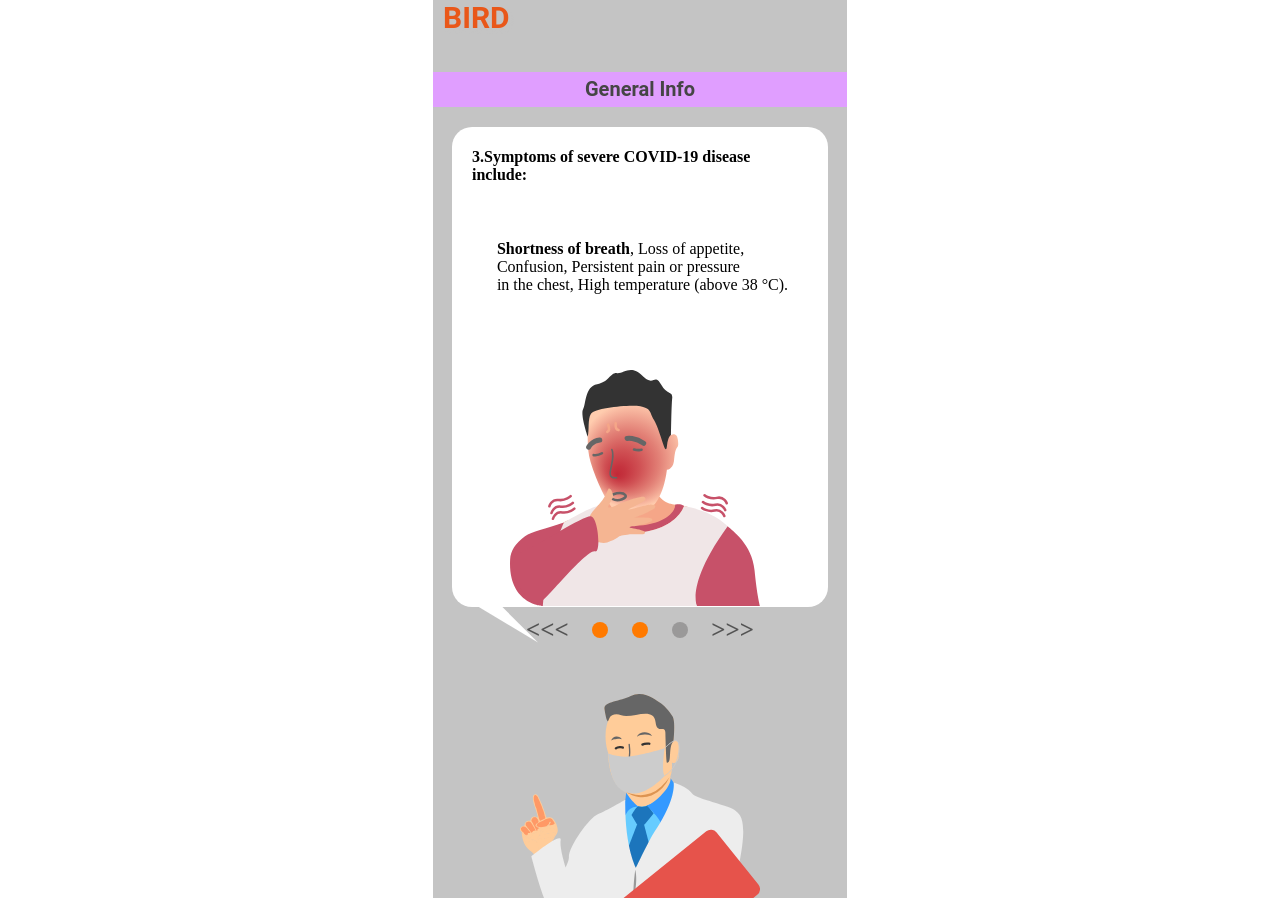
Repository: Levic559/BIRD
Page: General_info-3/2.html
The author's editor kept a copy of each file at every save. The page is drawn from the files as they stood at one save, then again after a run of saves.
The browser window is 1280 px wide. The pictures show the whole page.

Above is the page before, as saved 2021-03-11 01:24:59.

After the next 2 saves:
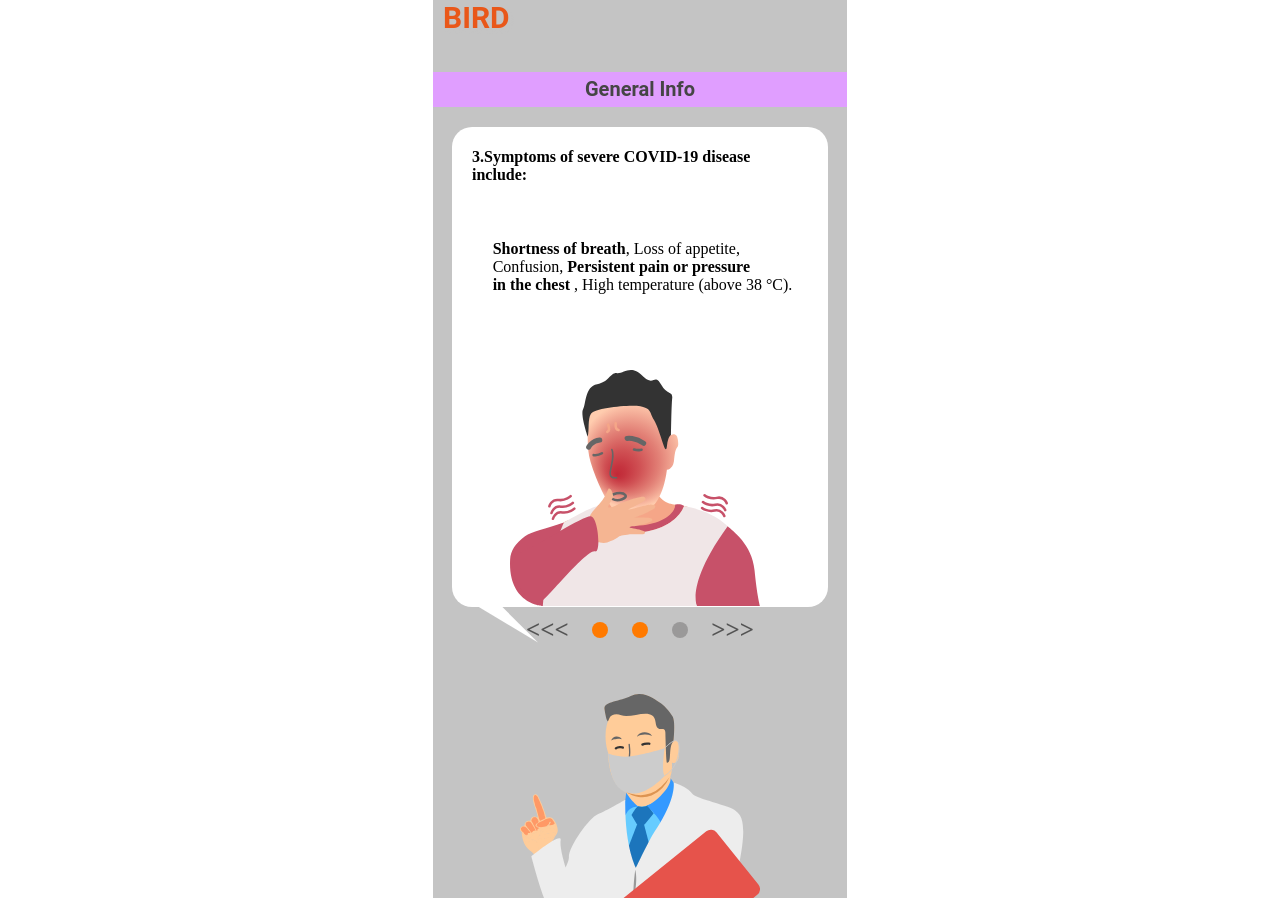
The 2 saves are shown as one change because they came seconds apart.
The last was saved 9 s later.
--- a/General_info-3/2.html
+++ b/General_info-3/2.html
@@ -19,7 +19,7 @@
         <p class="infographicText2"><br><b>Shortness of breath</b>,
           Loss of appetite,
           <br>Confusion,
-         <b></b> Persistent pain or pressure<br> in the chest,
+         <b>Persistent pain or pressure<br> in the chest</b> ,
           High temperature (above 38 °C).
         </p>
         <div class="infographicImg11">
